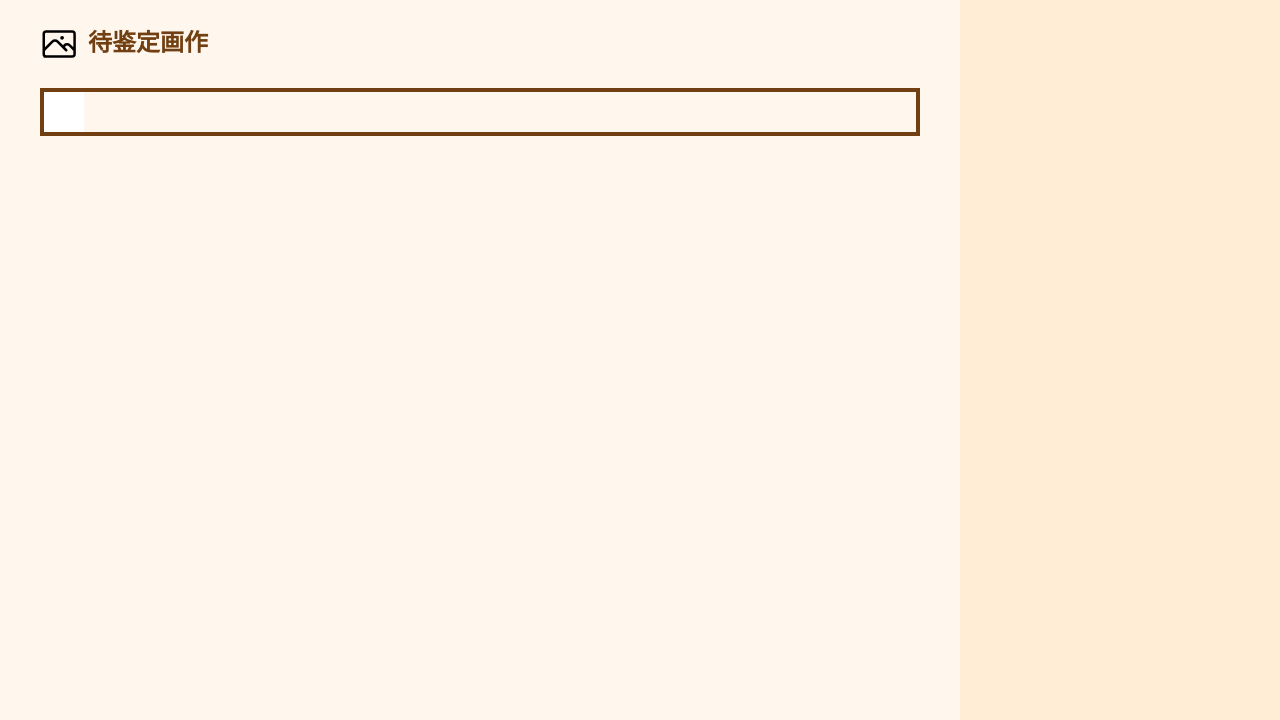
Repository: gaosth/Eyesee
Page: /dtail
The author's editor kept a copy of each file at every save. The page is drawn from the files as they stood at one save, then again after the next save.
The browser window is 1280 px wide. The pictures show the whole page.
The project was rebuilt for these pictures with package versions that can differ from the ones it lists, and the page was loaded fresh each time. Also part of the build but not shown: vite.config.js, src/components/WelcomeItem.vue, src/components/icons/IconDocumentation.vue, src/components/icons/IconTooling.vue, src/components/icons/IconEcosystem.vue, src/components/icons/IconCommunity.vue, src/components/icons/IconSupport.vue, src/components/TheWelcome.vue and 5 more.

Above is the page before, as saved 2024-03-15 12:02:48.

After the next save:
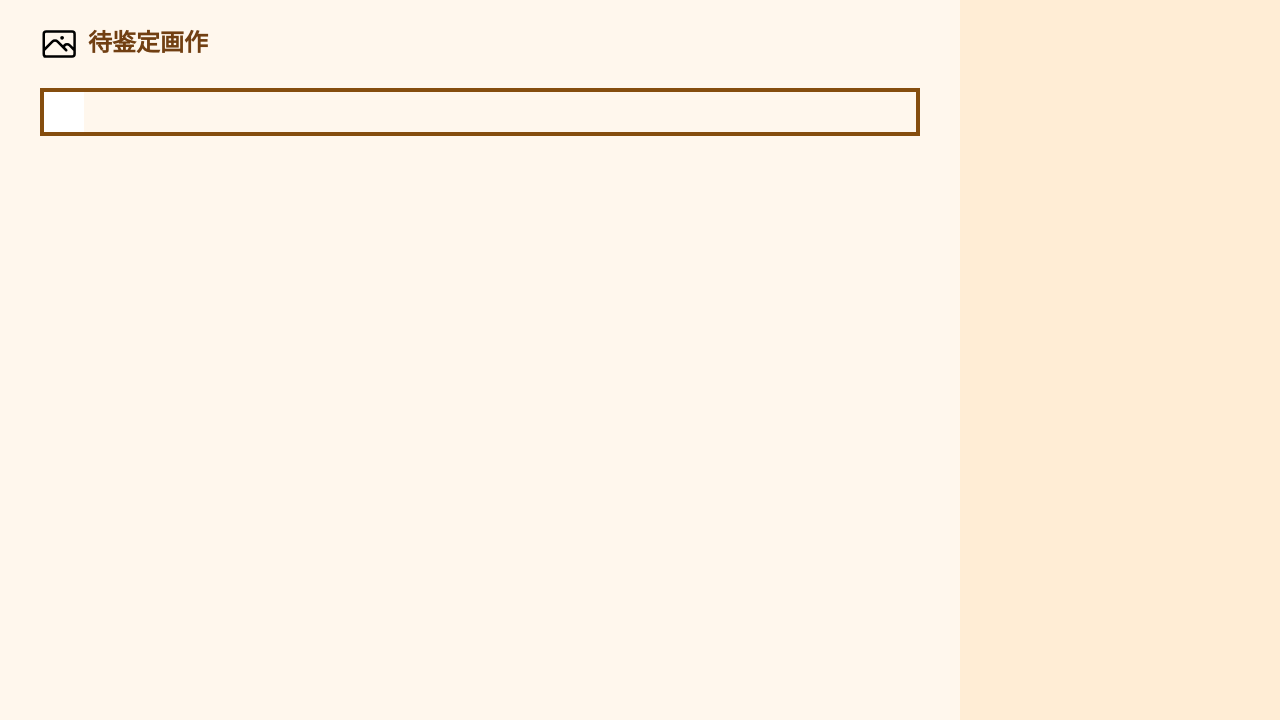
Saved 14 s later.
--- a/src/views/DetailView.vue
+++ b/src/views/DetailView.vue
@@ -11,7 +11,7 @@
                     待鉴定画作
                 </div>
             </div>
-            <div class = "mx-10 my-6 border-yellow-900 border-rounded-lg border-4">
+            <div class = "mx-10 my-6 border-yellow-800 border-rounded-lg border-4">
                 <div class = "h-10 w-10 bg-white">
 
                 </div>
